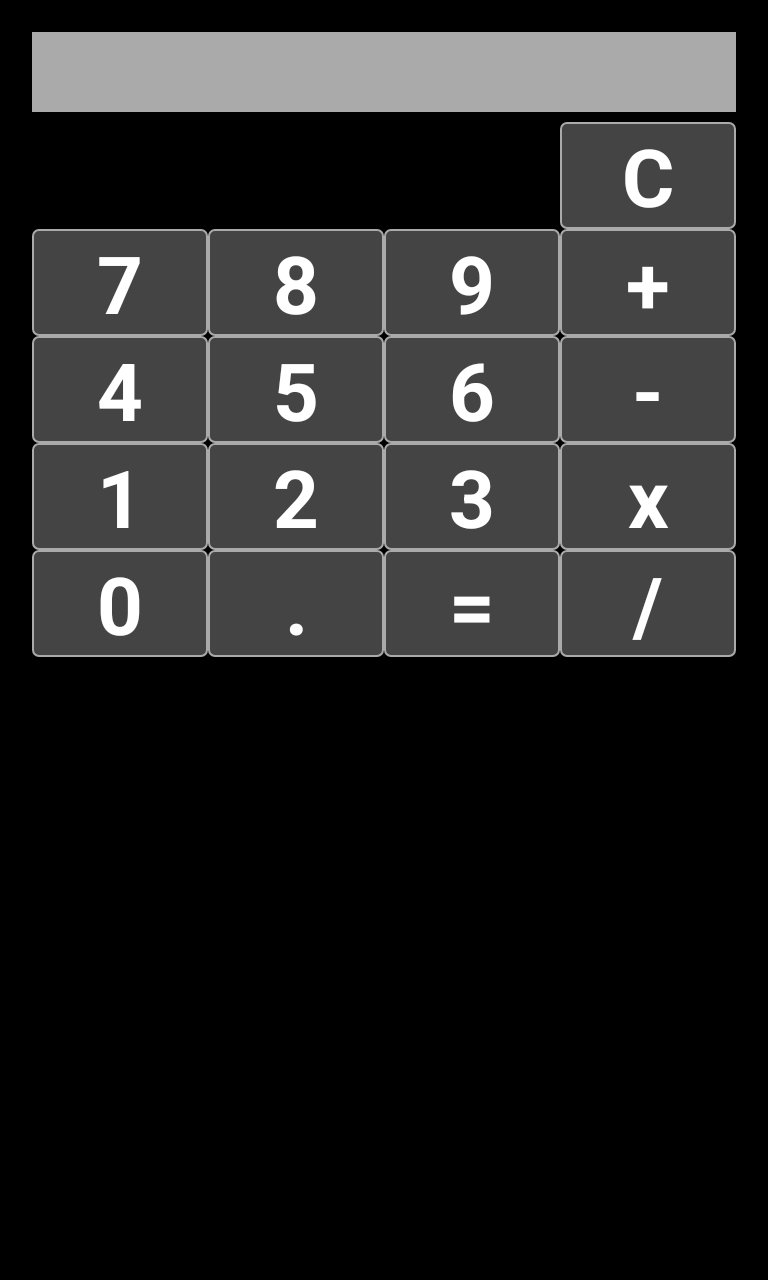
Repository: G3rcar/Android-I
Layout: SimpleCalculator/res/layout/activity_main.xml
An editor plug-in stored every save of this project. The layout is shown before and after the next save, followed by the edit.
It is drawn on a 768 x 1280 px phone screen (xhdpi) without system bars, with theme AppTheme; the app's code is not run.

Above is the layout before, as saved 2013-11-09 18:14:55.

After the next save:
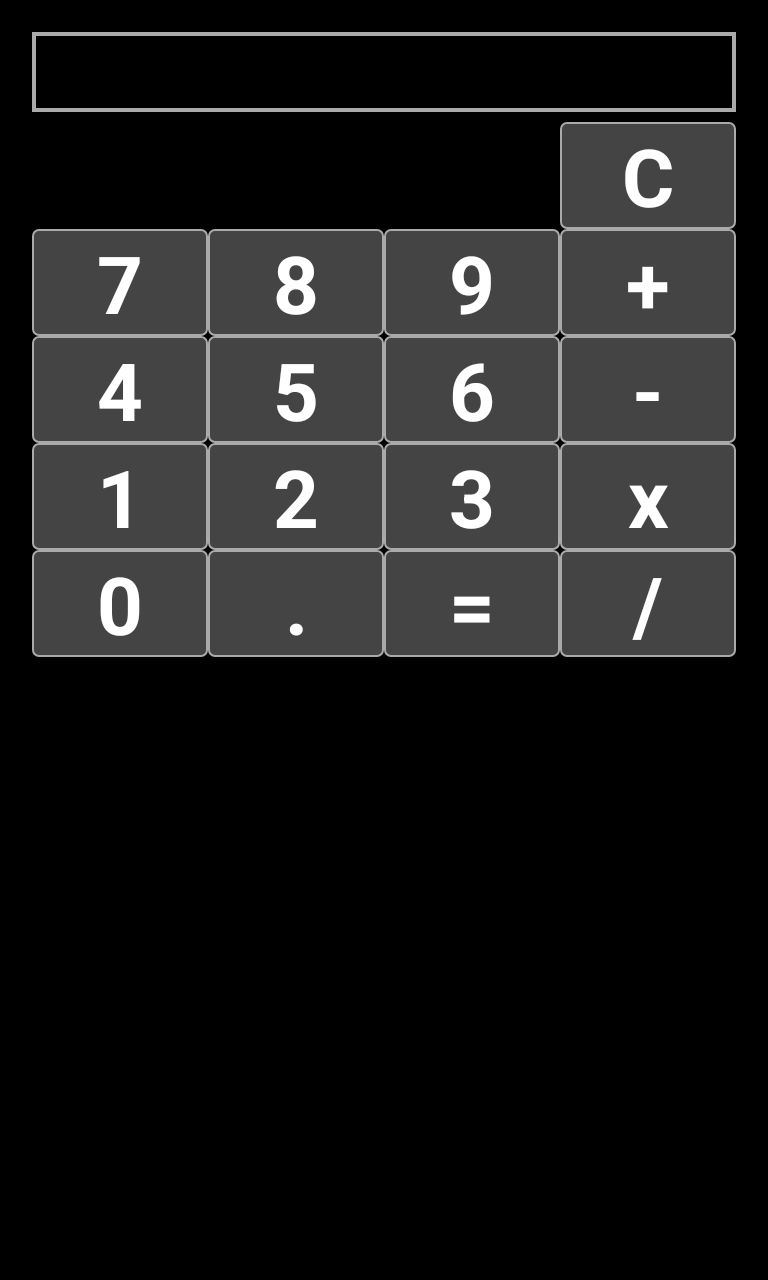
Saved 12 s later.
--- a/SimpleCalculator/res/drawable/border.xml
+++ b/SimpleCalculator/res/drawable/border.xml
@@ -1,5 +1,5 @@
 <?xml version="1.0" encoding="utf-8"?>
 <shape xmlns:android="http://schemas.android.com/apk/res/android" >
-	<solid android:color="#AAAAAA" />
+	<solid android:color="#000000" />
 	<stroke android:width="2dp" android:color="#AAAAAA"/>
 </shape>
